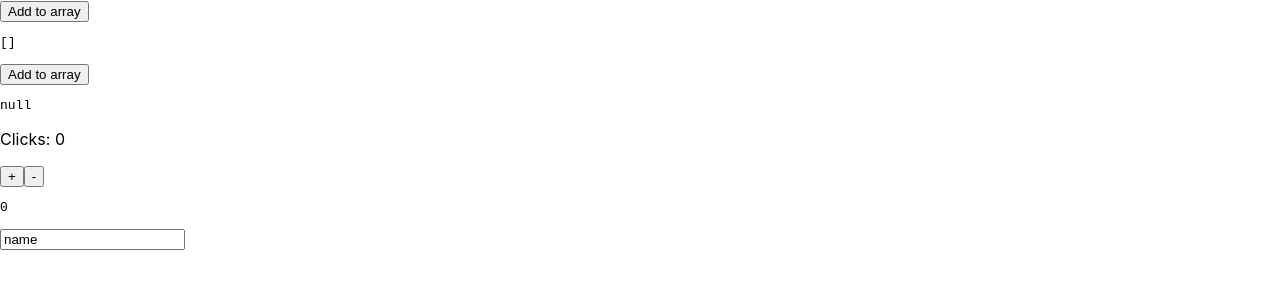
Repository: OmniaRafat232111121/Hookstypescript
Page: /
An editor plug-in stored every save of this project. The page is shown before and after a run of saves, followed by the edit.
The browser window is 1280 px wide. The pictures show the whole page.
The project was rebuilt for these pictures with package versions that can differ from the ones it lists, and the page was loaded fresh each time.

Above is the page before, as saved 2022-09-18 02:57:32.

After the next 17 saves:
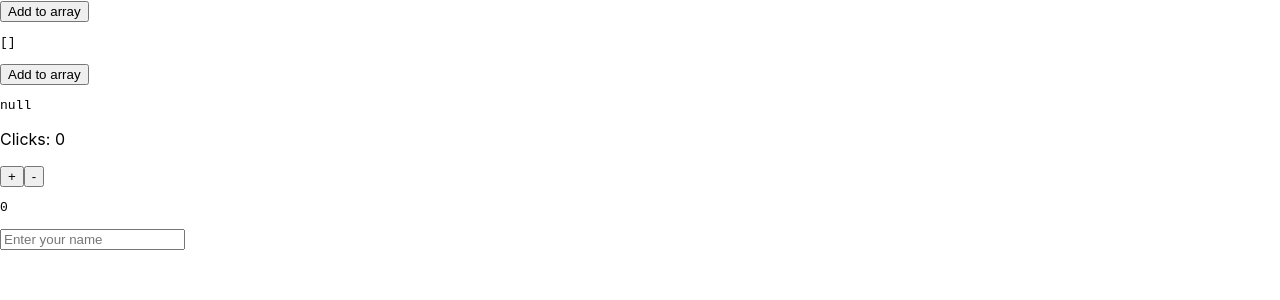
The 17 saves are shown as one change because they came seconds apart.
The last was saved 27 s later.
--- a/src/components/UseStateComponent.tsx
+++ b/src/components/UseStateComponent.tsx
@@ -29,7 +29,7 @@
 
         <div>
             <form>
-                <input type="text" value="name"/>
+                <input type="text" value={name} placeholder="Enter your name"/>
             </form>
         </div>
     </div>

After the 4 saves that followed:
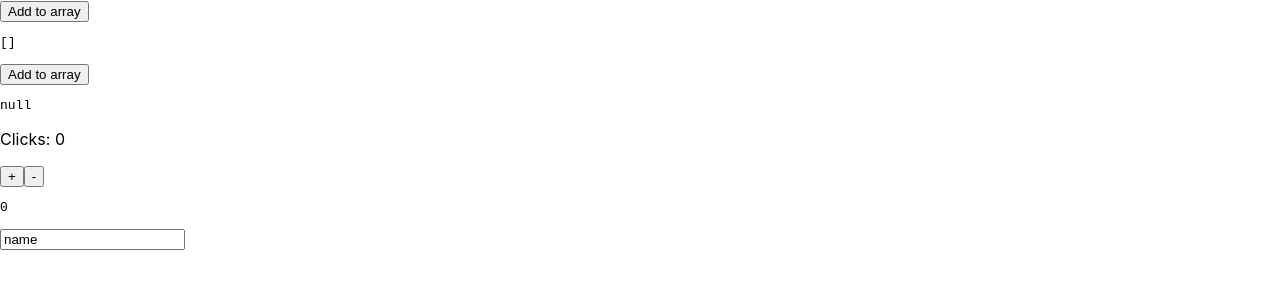
The 4 saves are shown as one change because they came seconds apart.
The last was saved 35 s later.
--- a/src/components/UseStateComponent.tsx
+++ b/src/components/UseStateComponent.tsx
@@ -29,7 +29,7 @@
 
         <div>
             <form>
-                <input type="text" value={name} placeholder="Enter your name"/>
+                <input type="text" value="name" placeholder="Enter your name"/>
             </form>
         </div>
     </div>
